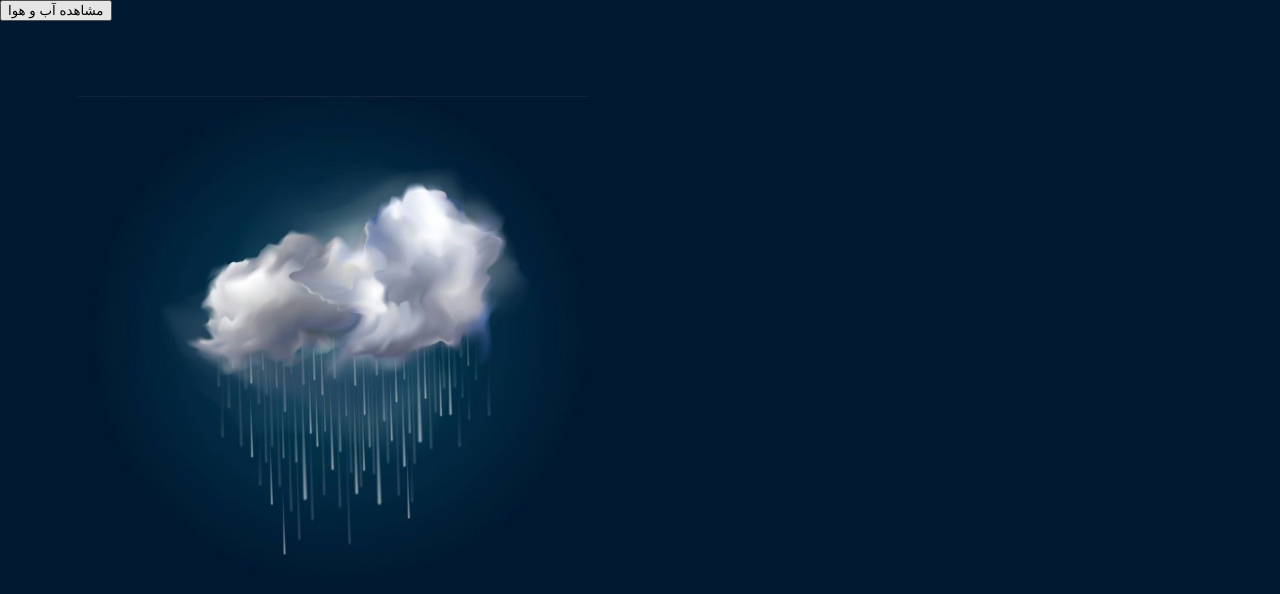
Repository: fateme81yosefi/weather
Page: landing/Landing.html
An editor plug-in stored every save of this project. The page is shown before and after the next save, followed by the edit.
The browser window is 1280 px wide. The pictures show the whole page.

Above is the page before, as saved 2025-02-02 16:43:06.

After the next save:
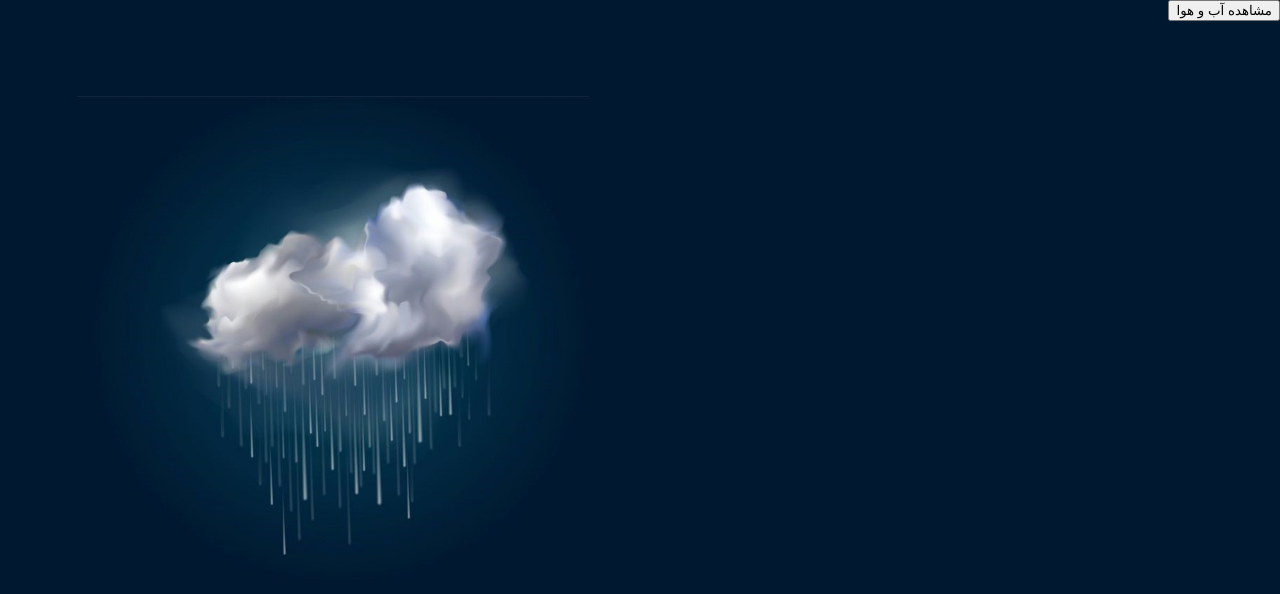
Saved 4 s later.
--- a/landing/style/landing.css
+++ b/landing/style/landing.css
@@ -16,7 +16,7 @@
 
 .go-to-weather{
     position: absolute;
-   ma
+   right: 0;
 }
 
 @media screen and (min-width: 1200px) {

After the 4 saves that followed:
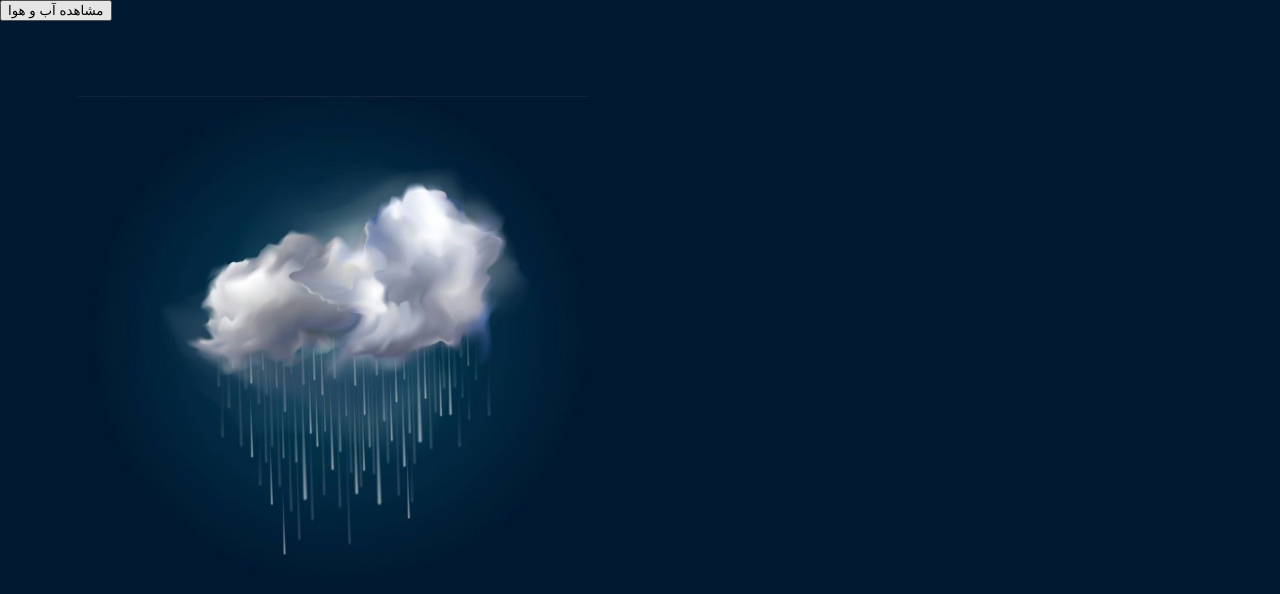
The 4 saves are shown as one change because 1 left the picture as it was and some came seconds apart.
The last was saved 18 s later.
--- a/landing/style/landing.css
+++ b/landing/style/landing.css
@@ -2,10 +2,10 @@
   margin: 0 !important;
   padding: 0;
   overflow: hidden;
-  background-color: #001830 ;
+  background-color: #001830;
 }
 .container-landing {
-  background-image:url("../images/bg.jpg");
+  background-image: url("../images/bg.jpg");
   background-position: center;
   background-size: 100%;
   background-repeat: no-repeat;
@@ -14,15 +14,15 @@
   padding: 0;
 }
 
-.go-to-weather{
-    position: absolute;
-   right: 0;
+.go-to-weather {
+  position: absolute;
+  display: 0;
 }
 
 @media screen and (min-width: 1200px) {
-    .container-landing {
-        background-position: left;
-        background-size: 40%;
-        background-position: 10%;
-    }
+  .container-landing {
+    background-position: left;
+    background-size: 40%;
+    background-position: 10%;
   }
+}
